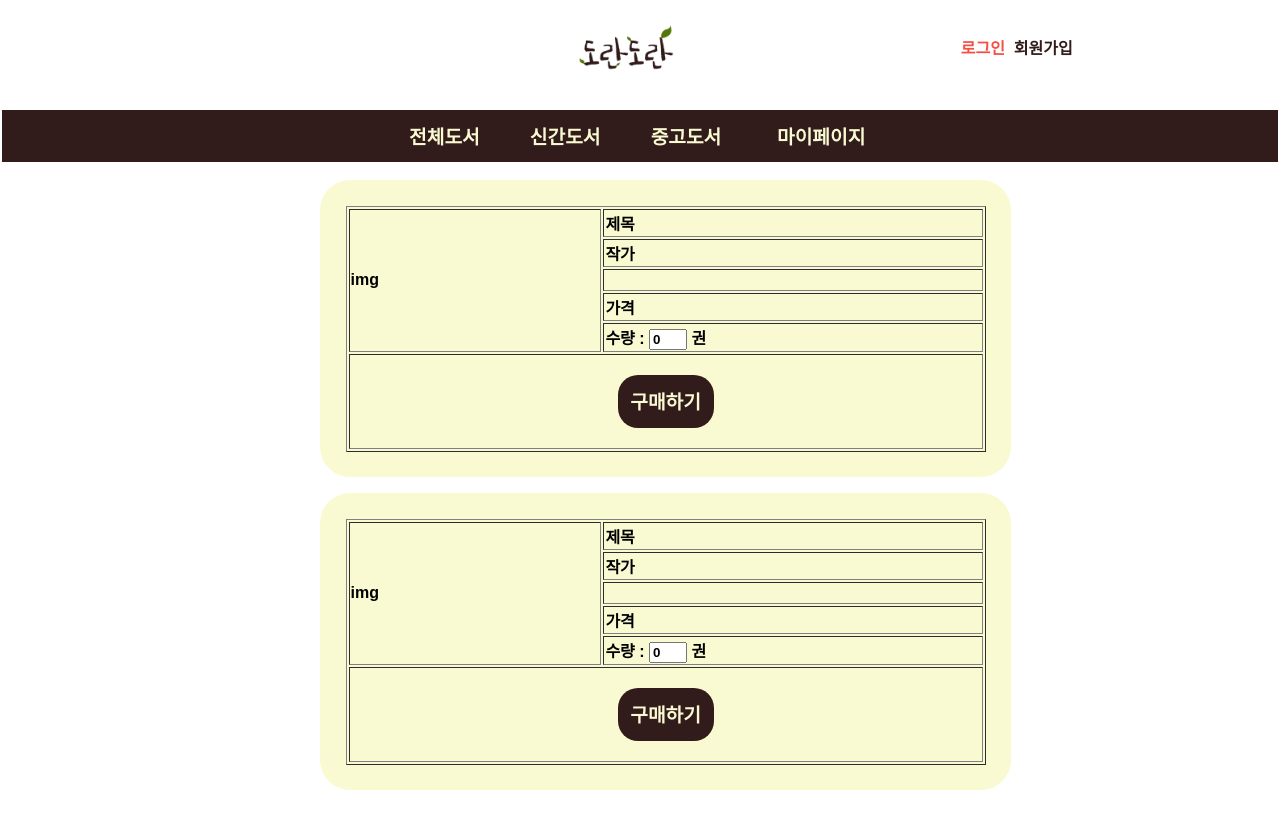
Repository: juhyun110701/DORANDORAN
Page: http://localhost/dorandoran/bookView.jsp
The author's editor kept a copy of each file at every save. The page is drawn from the files as they stood at one save, then again after the next save.
The browser window is 1280 px wide. The pictures show the whole page.
Some web fonts or font styles are not loaded; a fallback is used. The page is served by Tomcat 9.

Above is the page before, as saved 2019-07-31 12:34:35.

After the next save:
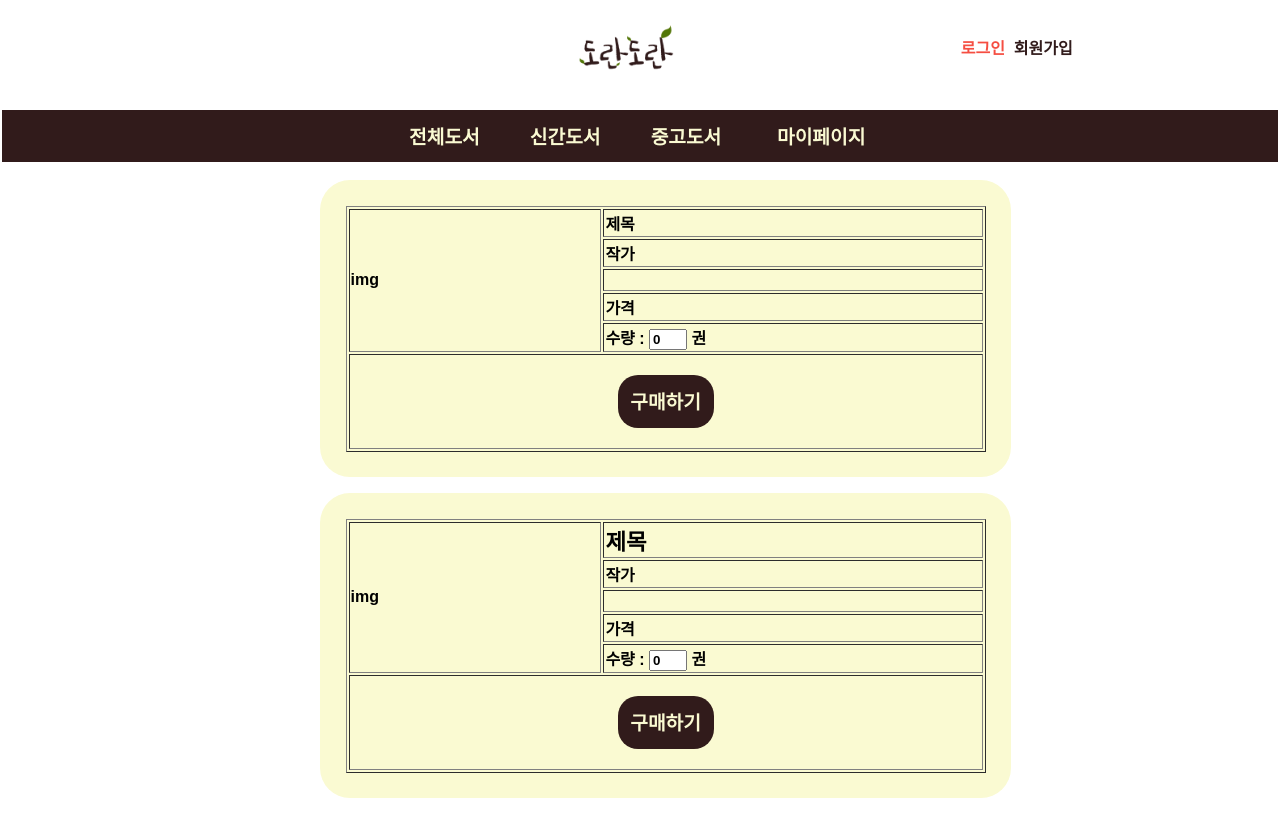
Saved 26 s later.
--- a/dorandoran/WebContent/bookView.jsp
+++ b/dorandoran/WebContent/bookView.jsp
@@ -61,7 +61,7 @@
 <table border=1 id="whole">
 	<tr>
 		<td rowspan=5 width="40%">img</td>
-		<td>제목</td>
+		<td style="font-size:140%;">제목</td>
 	</tr>
 	<tr>
 		<td>작가</td>

After the save that followed:
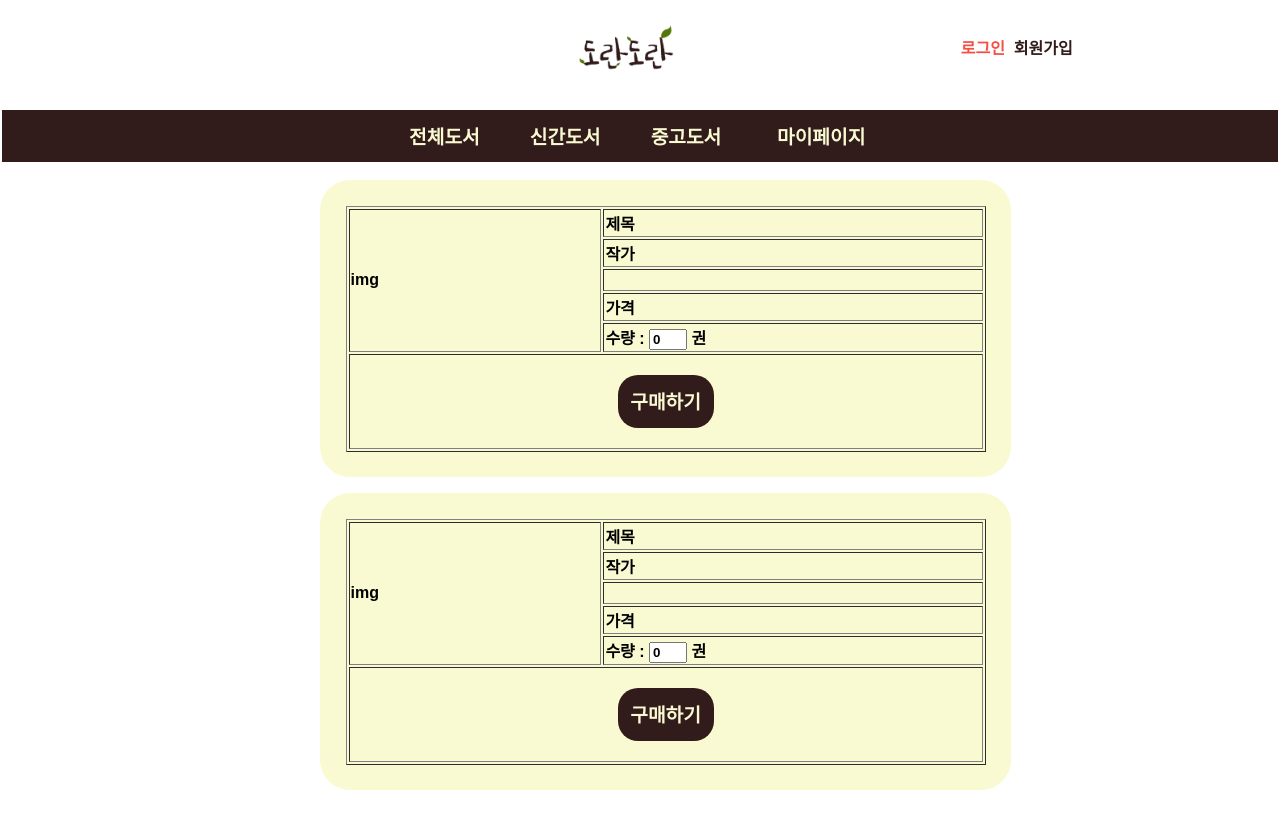
Saved 12 s later.
--- a/dorandoran/WebContent/bookView.jsp
+++ b/dorandoran/WebContent/bookView.jsp
@@ -61,7 +61,7 @@
 <table border=1 id="whole">
 	<tr>
 		<td rowspan=5 width="40%">img</td>
-		<td style="font-size:140%;">제목</td>
+		<td id="title">제목</td>
 	</tr>
 	<tr>
 		<td>작가</td>
